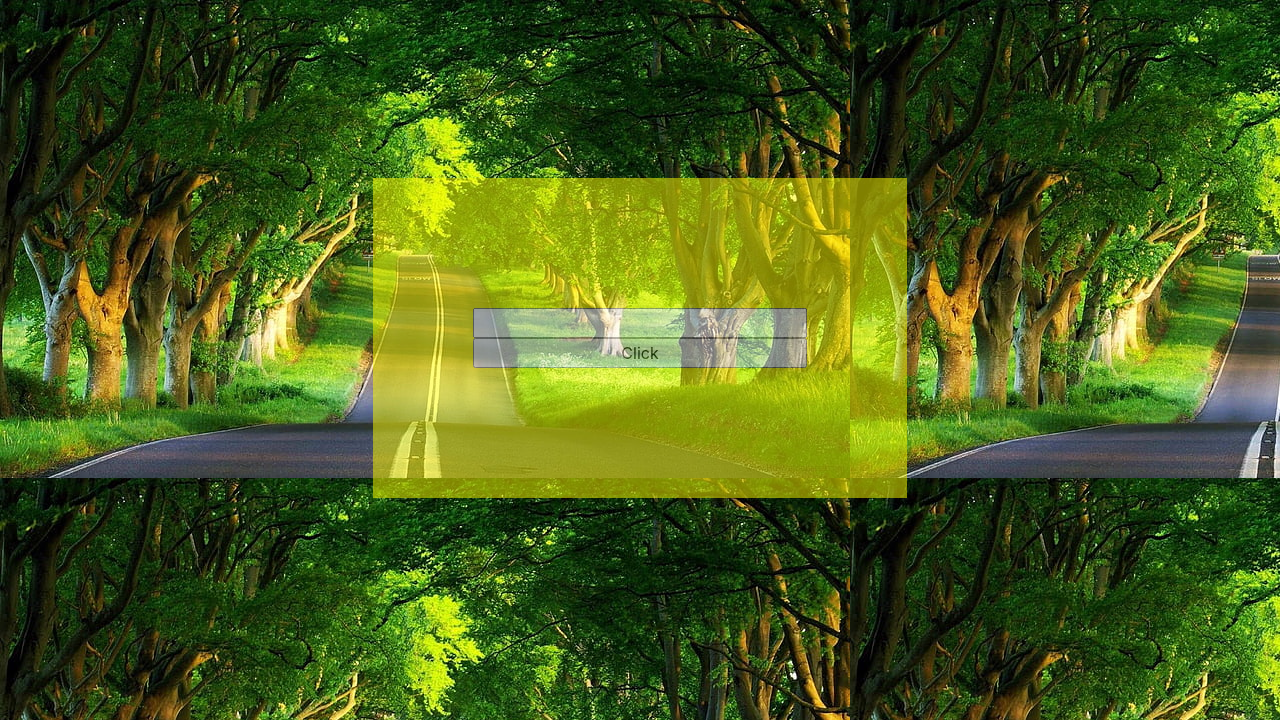
Repository: prashantkumarbind/Hospital-Weather-Concept
Page: http://localhost/weather-app/
These files come from the project's save history. The page is drawn as it stood at one moment and after the next save; the edit follows.
The browser window is 1280 px wide. The pictures show the whole page.
The page is served by Tomcat 9.

Above is the page before, as saved 2024-01-19 07:21:48.

After the next save:
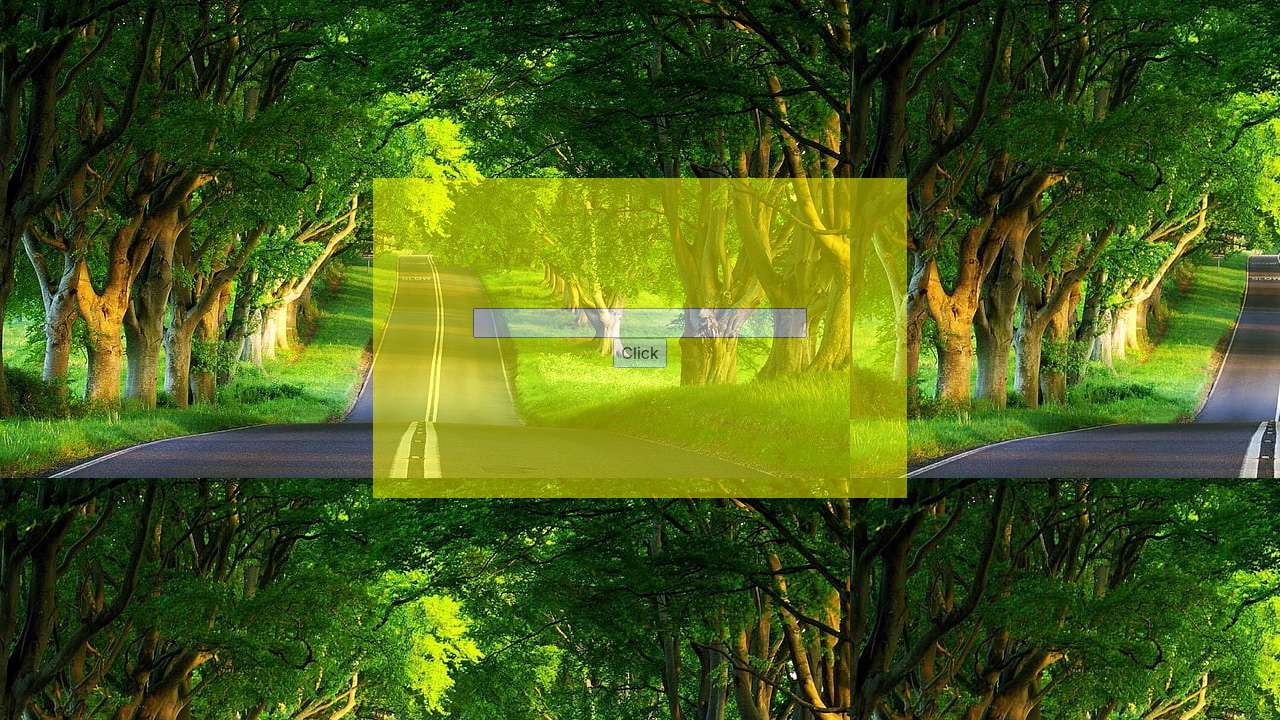
Saved 10 s later.
--- a/weather-app/src/main/webapp/index.jsp
+++ b/weather-app/src/main/webapp/index.jsp
@@ -30,7 +30,7 @@
 						<form action="FormDataController" method="Post">
 							 <div class="form-design">
 							 	<input class="w-100" type="text" name="city_name" class="">
-							 	<input class="button-design w-100" type="submit" value="Click">
+							 	<input class="button-design" type="submit" value="Click">
 							 </div>
 						</form>
 					</div>
